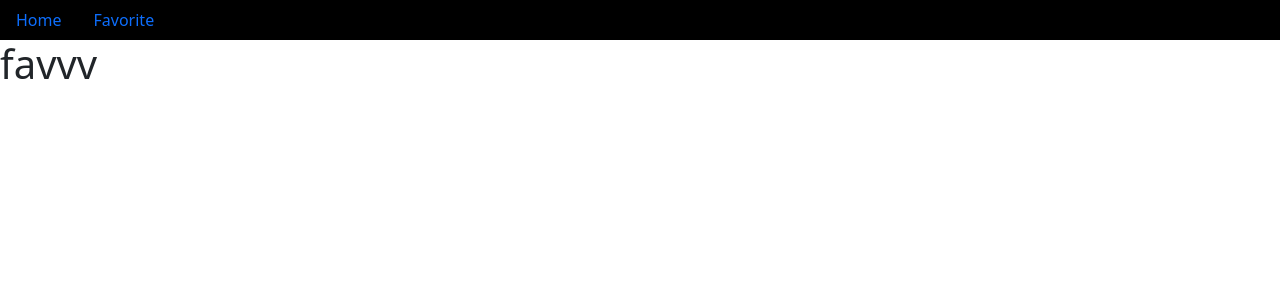
Repository: thaerbraizat/front-try
Page: /favorite (app in try/)
The author's editor kept a copy of each file at every save. The page is drawn from the files as they stood at one save, then again after a run of saves.
The browser window is 1280 px wide. The pictures show the whole page.
The project was rebuilt for these pictures with package versions that can differ from the ones it lists, and the page was loaded fresh each time. Also part of the build but not shown: try/src/DataFromApi.js, try/src/compoments/Home.js.

Above is the page before, as saved 2021-07-25 13:36:24.

After the next 3 saves:
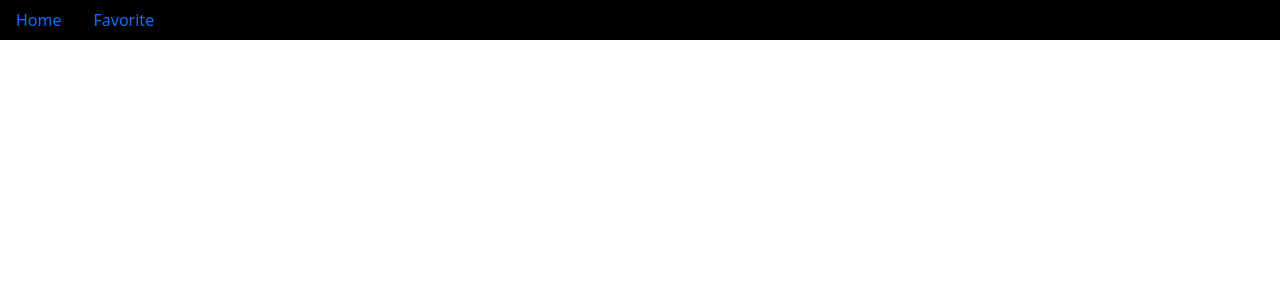
The 3 saves are shown as one change because they came seconds apart.
The last was saved 115 s later.
--- a/try/src/compoments/Fav.js
+++ b/try/src/compoments/Fav.js
@@ -3,9 +3,9 @@ import React, { Component } from 'react'
 export class Fav extends Component {
     render() {
         return (
-            <div>
-                <h1>favvv</h1>
-            </div>
+            <>
+
+            </>
         )
     }
 }
